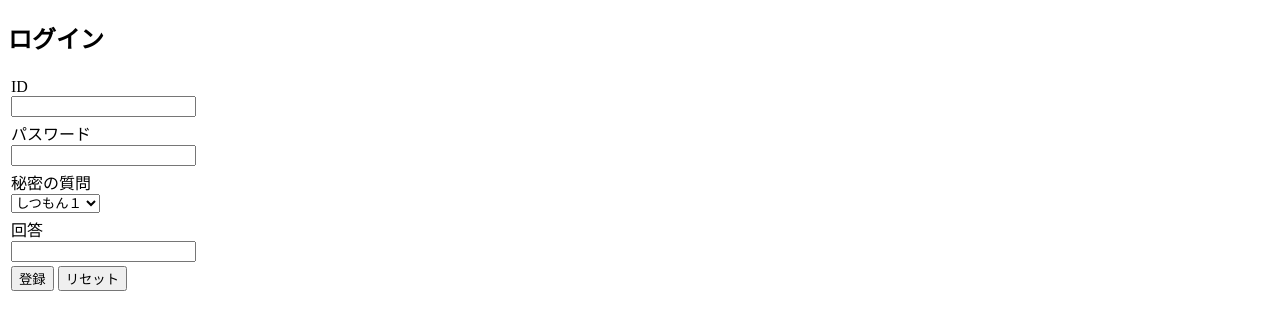
Repository: dojo2023/F-2
Page: http://localhost/f2project/registServlet
These files come from the project's save history. The page is drawn as it stood at one moment and after the next save; the edit follows.
The browser window is 1280 px wide. The pictures show the whole page.
The page is served by Tomcat 9. Other server files are loaded and not shown.

Above is the page before, as saved 2023-06-08 05:26:11.

### F2workspace/f2project/WebContent/WEB-INF/jsp/regist.jsp
<%@ page language="java" contentType="text/html; charset=UTF-8" pageEncoding="UTF-8"%>
<!doctype html>
<html>
<head>
<meta charset="UTF-8">
<title></title>
</head>
<body>
   <h2>ログイン</h2>
   <form method="POST" action="/f2project/loginServlet">
    <table>
      <tr>
        <td>
          <label>ID<br>
          <input type="text" name="ID">
          </label>
        </td>
      </tr>

      <tr>
        <td>
          <label>パスワード<br>
          <input type="password" name="PW">
          </label>
        </td>
      </tr>

      <tr>
        <td>
          <label>秘密の質問<br>
          <select>
          	<option>しつもん１</option>
          	<option>しつもん２</option>
          	<option>しつもん３</option>
          </select>
          </label>
        </td>
      </tr>

      <tr>
        <td>
          <label>回答<br>
          <input type="text" name="ANSWER">
          </label>
        </td>
      </tr>


      <tr>
        <td colspan="2">
          <input type="submit" name="regist" value="登録">
          <input type="reset" name="reset" value="リセット">
        <td>
      </tr>
    </table>
    </form>
</body>
</html>

### F2workspace/f2project/src/servlet/registServlet.java
package servlet;

import java.io.IOException;

import javax.servlet.RequestDispatcher;
import javax.servlet.ServletException;
import javax.servlet.annotation.WebServlet;
import javax.servlet.http.HttpServlet;
import javax.servlet.http.HttpServletRequest;
import javax.servlet.http.HttpServletResponse;

/**
 * Servlet implementation class registServlet
 */
@WebServlet("/registServlet")
public class registServlet extends HttpServlet {
	private static final long serialVersionUID = 1L;

	/**
	 * @see HttpServlet#doGet(HttpServletRequest request, HttpServletResponse response)
	 */
	protected void doGet(HttpServletRequest request, HttpServletResponse response) throws ServletException, IOException {
		RequestDispatcher dispatcher = request.getRequestDispatcher("/WEB-INF/jsp/regist.jsp");
		dispatcher.forward(request, response);
		}

	/**
	 * @see HttpServlet#doPost(HttpServletRequest request, HttpServletResponse response)
	 */
	protected void doPost(HttpServletRequest request, HttpServletResponse response) throws ServletException, IOException {
		// TODO Auto-generated method stub
		doGet(request, response);
	}

}

After the next save:
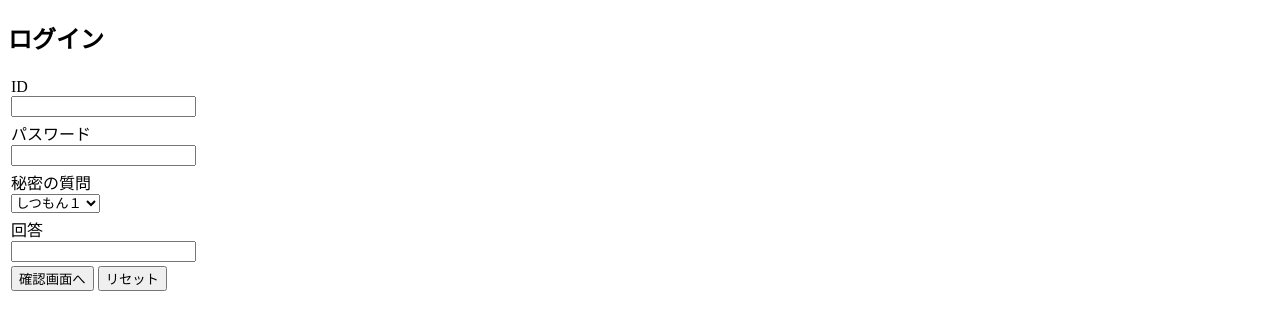
Saved 28 s later.
--- a/F2workspace/f2project/WebContent/WEB-INF/jsp/regist.jsp
+++ b/F2workspace/f2project/WebContent/WEB-INF/jsp/regist.jsp
@@ -48,7 +48,7 @@
 
       <tr>
         <td colspan="2">
-          <input type="submit" name="regist" value="登録">
+          <input type="submit" name="regist" value="確認画面へ">
           <input type="reset" name="reset" value="リセット">
         <td>
       </tr>
